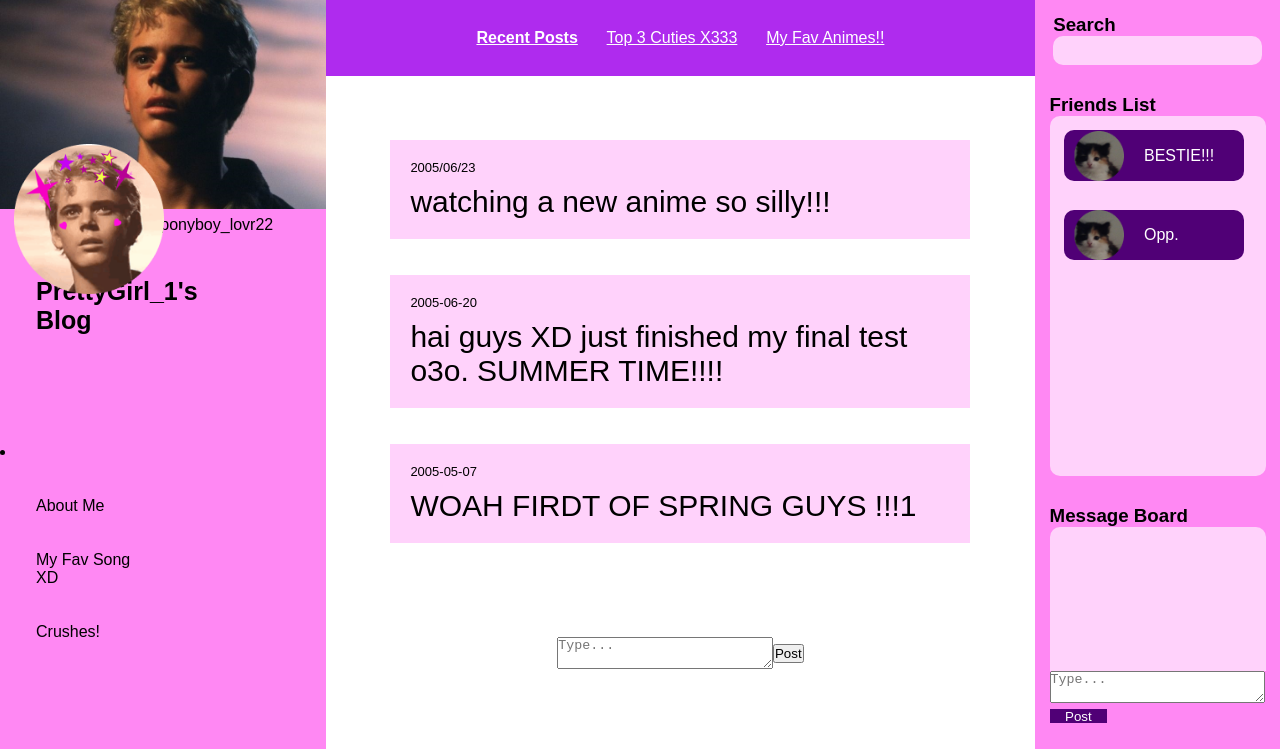
Repository: Jennica1/Frontend-Final
Page: index.html
The author's editor kept a copy of each file at every save. The page is drawn from the files as they stood at one save, then again after the next save.
The browser window is 1280 px wide. The pictures show the whole page.

Above is the page before, as saved 2024-05-23 13:19:46.

After the next save:
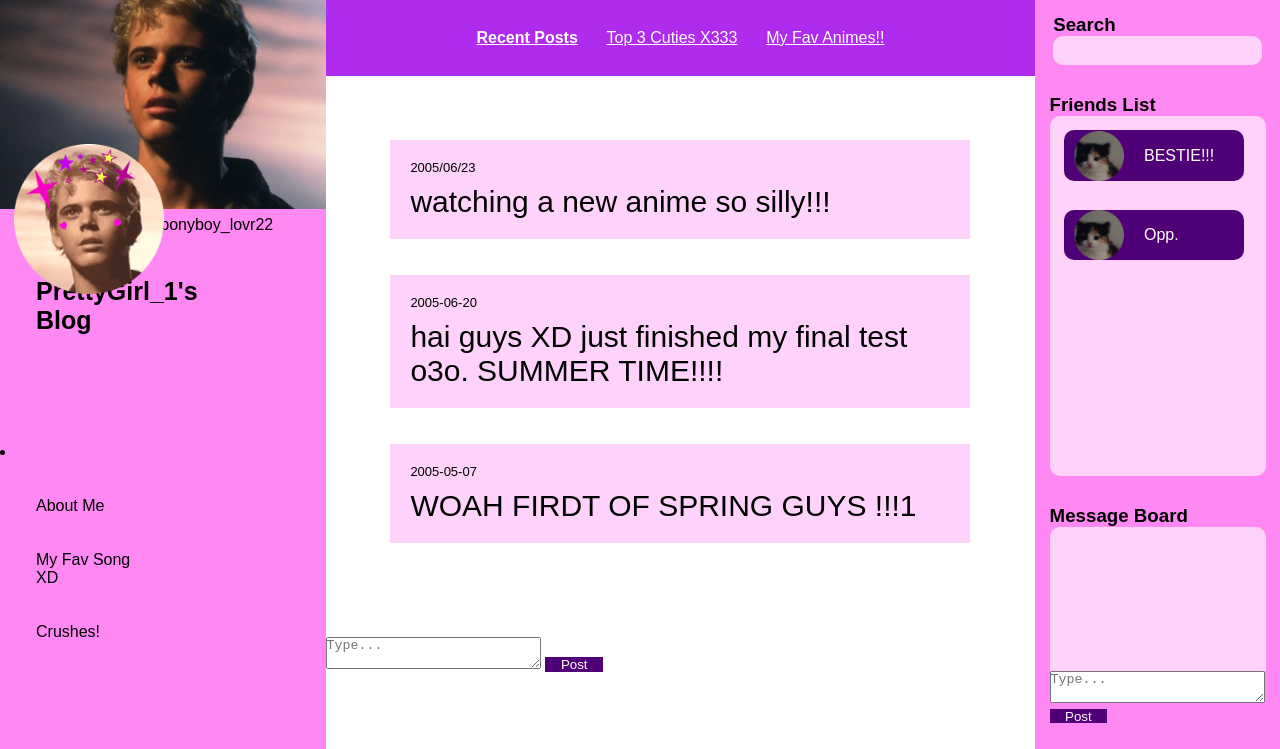
Saved 11 s later.
--- a/index.html
+++ b/index.html
@@ -59,9 +59,9 @@
               <p class="post-text">WOAH FIRDT OF SPRING GUYS !!!1</p>
             </div>
           </div>
-          <div class="user-input-recent">
+          <div class="user-input">
             <textarea name="" id="new-post" class="text-box" placeholder="Type..."></textarea>
-            <button id="btn-recent" class="button-recent">Post</button>
+            <button id="btn-recent" class="button-post">Post</button>
             <script src="recent.js"></script>
           </div>
         </div>
